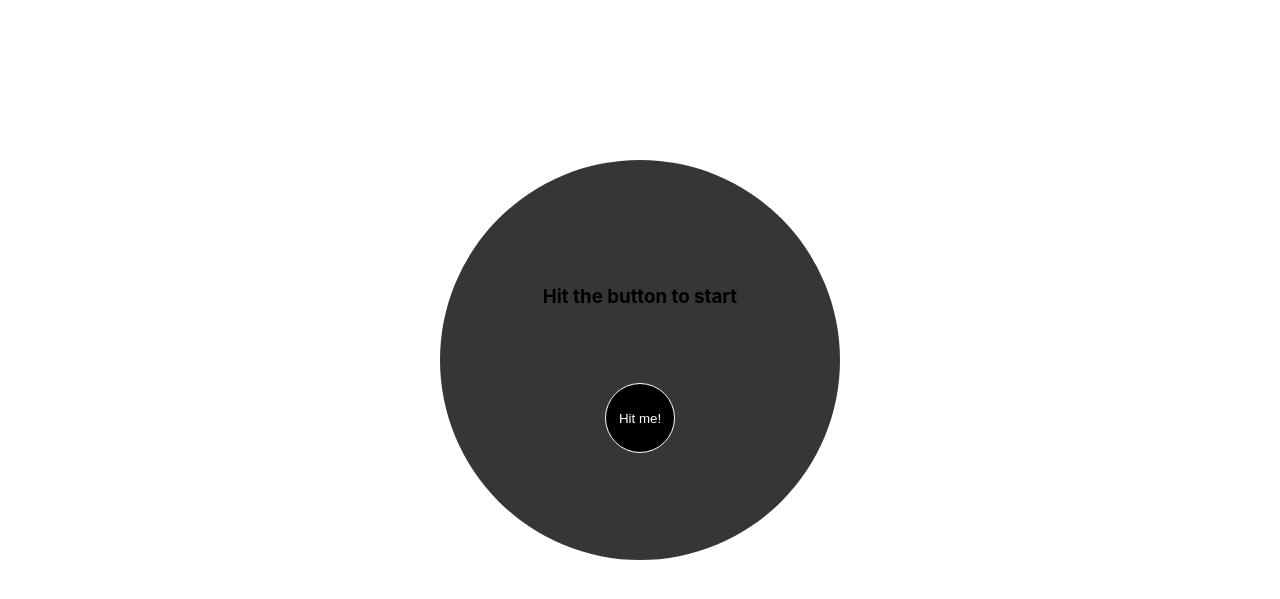
Repository: litalsh/Usless-Counter
Page: /
An editor plug-in stored every save of this project. The page is shown before and after the next save, followed by the edit.
The browser window is 1280 px wide. The pictures show the whole page.
The project was rebuilt for these pictures with package versions that can differ from the ones it lists, and the page was loaded fresh each time.

Above is the page before, as saved 2021-02-22 12:29:44.

### src/App.js
import React, { useState } from 'react';
import './App.css';

function App() {
  const [counter, setCounter] = useState(0);

  const clickHandler = () => {
    setCounter(counter + 1)
  }
  return (
    <div className="App">
     {counter === 0 ? <h3>Hit the button to start</h3> : <h3>I clicked it {counter} times already but nothing is happaning!</h3>}
     <button onClick={() => clickHandler()}>Hit me!</button>
    </div>
  );
}

export default App;

### src/App.css
#root{
  display: flex;
  width: 100vw;
  height: 100vh;
  justify-content: center;
  flex-direction: row;
  margin: auto;
}

.App {
  display: flex;
  flex-direction: column;
  justify-content: space-evenly;
  text-align: center;
  width: 400px;
  height: 400px;
  border-radius: 50%;
  background: #363636;
  padding: 50px;
  box-sizing: border-box;
  align-self: center;
}

button {
  width: 70px;
  height: 70px;
  border-radius: 50%;
  border: 1px solid #fff;
  background: #000;
  color: #fff;
  align-self: center;
}

Loaded but not shown: public/index.html (common file); src/index.js (common file); src/index.css (common file); src/reportWebVitals.js (common file)

After the next save:
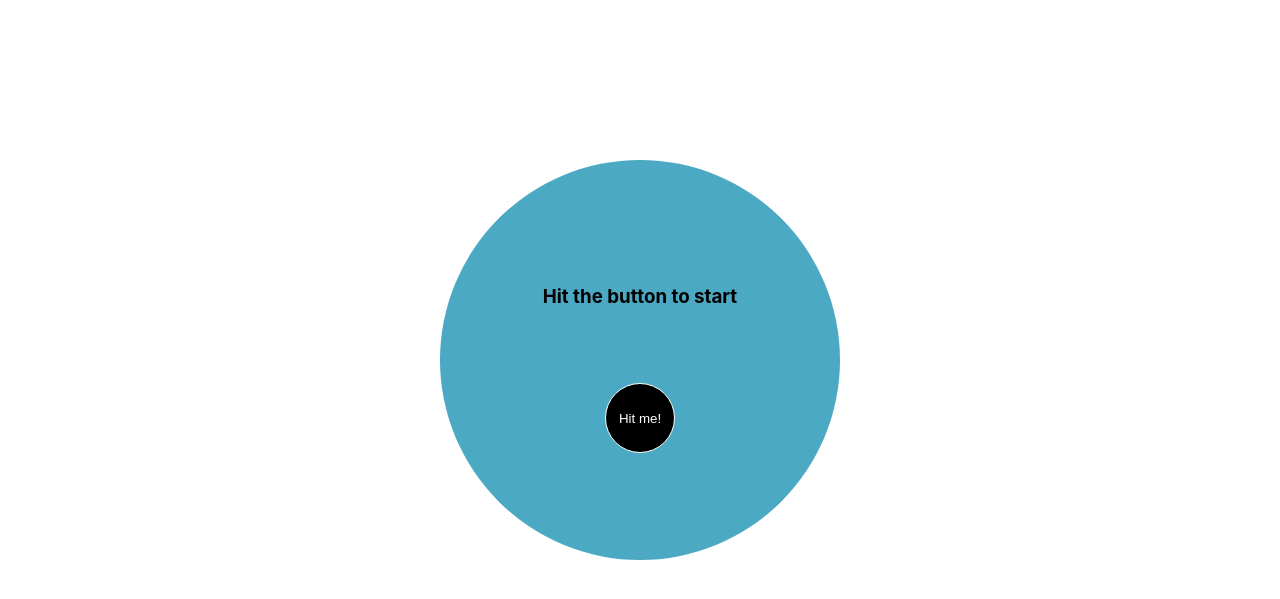
Saved 60 s later.
--- a/src/App.css
+++ b/src/App.css
@@ -15,7 +15,7 @@
   width: 400px;
   height: 400px;
   border-radius: 50%;
-  background: #363636;
+  background: #4BA9C3;
   padding: 50px;
   box-sizing: border-box;
   align-self: center;
